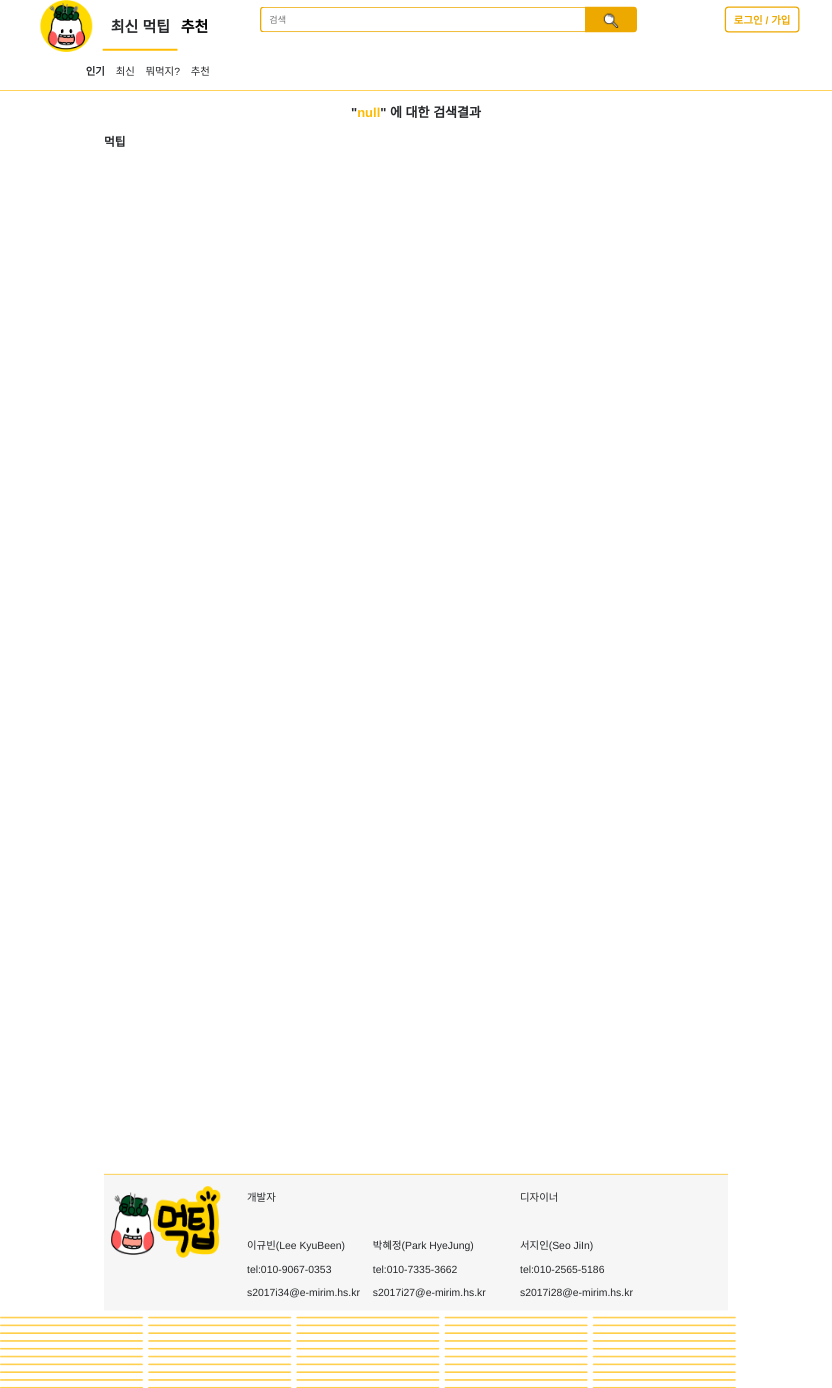
Repository: binkalos/JSP-STUDY
Page: http://localhost/IT-show/search.jsp
An editor plug-in stored every save of this project. The page is shown before and after the next save, followed by the edit.
The browser window is 1280 px wide. The pictures show the whole page, at 65% of full size.
Some web fonts or font styles are not loaded; a fallback is used. Some web libraries are served in a nearby version. The page is served by Tomcat 9. Other server files are loaded and not shown. Queries for data that is not in the repository find no rows.

Above is the page before, as saved 2019-06-19 10:10:21.

### IT-show/WebContent/search.jsp
<%@page import="java.sql.SQLException"%>
<%@page import="java.sql.DriverManager"%>
<%@page import="java.sql.ResultSet"%>
<%@page import="java.sql.PreparedStatement"%>
<%@page import="java.sql.Connection"%>
<%@ page language="java" contentType="text/html; charset=UTF-8"
    pageEncoding="UTF-8"%>
<!DOCTYPE html>
<html>
<head>
<meta charset="UTF-8">
<title>search</title><link rel="stylesheet" href="firstPageStyle.css" >
<script src="js/jquery-3.3.1.min.js"></script>
<script src="http://ajax.googleapis.com/ajax/libs/jquery/1/jquery.min.js"></script>
<script src="js/jquery.fittext.js"></script>
<script src="http://code.jquery.com/jquery-1.7.js"></script>
<script>
	$(document).ready(function(){
		//$(".content" ).fitText(1.2);
		$(".open-fullview").click(function() {
			var foodsrc = $(this).find('.showimg').attr('src');
			$("#dim-layer").find('.content').attr('src', foodsrc);
			$("#dim-layer").css("display", "block");
		});

		$(".close-fullview").click(function() {
			$("#dim-layer").css("display", "none");
		});
	});

	function show_fullview(post_id) {
		location.href = "readpost.jsp?postid="+post_id;
	}
//무한 스크롤
function getItem(){
	 for(var i=0;i<10;i++){
	  $('body').append('<div class="mucktip-card">');
	}
};
	$(document).ready(function(){
	  getItem();
	$(window).scroll(function(){
	  var docH = $(document).height(); //document의 높이
	  var scrollH = $(window).height()+$(window).scrollTop();

	  if(scrollH + 50 >= docH){         //(문서의 높이 - 50)에서 실행됨
	   getItem();
	  }
	 });
});
</script>
</head>
<body>
	<%@ include file="TopWrapper.jsp"%>

	<div class="main-search-page">

	<div class="muktip-feed">
<%
		request.setCharacterEncoding("utf-8");

		String keyword = request.getParameter("keyword");

		String imgPath = null;
		try {
			Class.forName(driver);
			con = DriverManager.getConnection(url, id, pw);

%>

		<div class="top-bar-search">
			<p class="search-result">"<span style="color:#FFBB00;"><%=keyword%></span>" 에 대한 검색결과 </p>
			<p class="top-label">먹팁</p>
		</div>

		<div class="muktip-contents" style="height: 1550px;">
			<div class="line-space">
<%
			pstmt = con.prepareStatement("select distinct postid, postimgid, title, content, writer, date, imgname, id, profile from post join img on postid = postimgid join user on writer = id where title like ? or content like ? group by postid");
			pstmt.setString(1, "%"+keyword+"%");
			pstmt.setString(2, "%"+keyword+"%");
			rs = pstmt.executeQuery();

			int count=0;
			while(rs.next()) {
				imgPath =request.getContextPath() + "/post/" + rs.getString("imgname");
				count++;
%>
			<div class="mucktip-card"> <!-- 각 게시글 박스 -->
				<button class="open-fullview">
					<a href="fullView.jsp?postid=<%=rs.getString("postid")%>">
						<img class="showimg" src="<%=imgPath%>">
					</a>
				</button>
				<div class="mucktip-information">
					<a class="writer-profile-link" href="Mypage.jsp?id=<%= rs.getString("id") %>"> <!-- 마이페이지 이동 -->
						<img class="writer-profile" src="img/<%=rs.getString("profile") %>" width="30px" height="30px">
					</a>
					<div class="user-information-card">
						<div class="top-information">
							<p class="writer"><%= rs.getString("writer") %></p>
							<p class="write-date"><%= rs.getString("date") %></p>
						</div>
						<div class="bottom-card">
							<p class="title"><%= rs.getString("title") %></p>
							<p class="content"><%= rs.getString("content") %></p>
						</div>
					</div>
				</div> <!-- mucktip-information -->
			</div>

<%
			if(count%4==0) {
%>
				<div class="line-space">
<%			}
		}

	} catch (Exception e) {
		e.printStackTrace();
	} finally {
		try {
			if (rs != null) rs.close();
			if (pstmt != null) pstmt.close();
			if (con != null) con.close();
		} catch (SQLException e) {
			e.printStackTrace();
		}
	}
%>
		</div> <!-- muktip-contents -->
		</div><!-- muktip-feed -->
	</div>


<%@ include file="footer.jsp" %>
</body>
</html>

### IT-show/WebContent/TopWrapper.jsp
<%@page import="java.sql.SQLException"%>
<%@page import="java.sql.DriverManager"%>
<%@page import="java.sql.ResultSet"%>
<%@page import="java.sql.PreparedStatement"%>
<%@page import="java.sql.Connection"%>
<%@ page language="java" contentType="text/html; charset=UTF-8"
    pageEncoding="UTF-8"%>
<link rel="stylesheet" href="TopWrapperStyle.css" >
<%
	//로그인 한 사람이라면 userID라는 변수에 해당 아이디가 담기고 그렇지 않으면 null값
	String userid = null;
	if (session.getAttribute("username") != null) {
		userid = (String) session.getAttribute("username");
	}

	Connection con = null;
	PreparedStatement pstmt = null;
	ResultSet rs = null;

	String driver = "com.mysql.jdbc.Driver";
	String url = "jdbc:mysql://localhost:3306/mucktip?serverTimezone=UTC&useSSL=false";
	String id = "root";
	String pw = "alflarhkgkrrh1!";
%>
<!-- 맨위에 top메뉴 공간 개발 나중에 따로 빼놓을 부분-->
		<nav id="top-menu-all">
		<div id="main-menu">
			<div class="contents-wrapper">
				<div class="left-contents-wrapper">
					<div class="muktip-logo"></div>
					<a href="firstPage.jsp" class="new-tip">최신 먹팁</a>
					<a href="recommendTip.jsp" class="good">추천</a>
				</div><!-- left-contents-wrapper -->

				<div class="right-contents-wrapper">
					<%
						//로그인이 안된 경우
						if (userid == null) {
					%>
					<div class="login-join"> <!-- 로그인 / 가입 -->
						<a href="login.jsp">로그인</a> /
						<a href="join.jsp">가입</a> <!-- 가입 페이지 미구현 -->
					</div> <!-- login-join -->
					<%
						} else { //로그인이 된 경우

							try {
								Class.forName(driver);
								con = DriverManager.getConnection(url, id, pw);

								pstmt = con.prepareStatement("select * from user where id =?");
								pstmt.setString(1, userid);
								rs = pstmt.executeQuery();

								if(rs.next()) {
					%>
					<div class="user-menu" id="user-menu">
						<div class="dropdown">
						<button class="profile-img-btn"> <!-- 이미지 버튼(회원 이미지) -->
							<img class="profile-image" src="img/<%=rs.getString("profile")%>">
						</button>
						<ul class="user-menu-list"> <!-- 메뉴리스트 -->
							<li class="menu-item">
								<a class="menu-link" href="Mypage.jsp?id=<%=rs.getString("id")%>"> <!-- /유저 이름으로 -->
									<img class="menu-icon-mini" src="img/<%=rs.getString("profile")%>">
									<span class="menu-user-name"><%=userid %></span>
								</a>
							</li>

							<li class="menu-item">
								<a class="menu-link" href="음식바구니.jsp" rel="nofollow">
								<img class="menu-icon-myfood" src="img/foodbox.png">
								<span class="menu-text-mtfood">내 음식바구니</span>
								</a>
							</li>

							<li class="menu-item">
								<a class="menu-link"  href="logoutProc.jsp" rel="nofollow">
								<img class="menu-icon-logout" src="img/logout.png">
								<span class="menu-text-logout">로그아웃</span>
								</a>
							</li>
						</ul> <!-- user-menu-list -->
						</div><!-- dropdown -->
					</div><!-- user-menu -->
					<%
								} //if
							} catch (Exception e) {
								e.printStackTrace();
							}
						} //else
					%>
				</div><!-- right-contents-wrapper -->


				<div class="search-wrapper">
					<form class="search-form" action="search.jsp" method="get">
						<table cellpadding=0 cellspacing=0>
						<tr>
						<td>
						<label class="input-wrapper">
							<input class="search-keyword" type="text" name="keyword" placeholder="검색" required>
						</label>
						</td>
						<td>
						<button class="search-button" type="submit">
							<a href="search.jsp"><span class="ic_search"></span></a>
						</button>
						</td>
						</tr>
						</table>
					</form>
				</div><!-- search-wrapper -->
		</div><!-- contents-wrapper -->
		</div><!-- main-menu -->

		<!-- 서브메뉴 -->
		<div id="sub-menu-wrapper" class="show">
			<ul class="sub-contents-wrapper">
				<li class="sub-menu selected" data-text="인기">
					<a href="firstPage.jsp">인기</a>
				</li>
				<li class="sub-menu" data-text="최신">
					<a href="newPost.jsp">최신</a>
				</li>
				<li class="sub-menu" data-text="TV">
					<a href="whatToEat.jsp">뭐먹지?</a>
				</li>
				<li class="sub-menu" data-text="추천">
					<a href="recommendTip.jsp">추천</a>
				</li>
			</ul><!-- sub-contents-wrapper -->
		</div><!-- sub-menu-wrapper -->

</nav><!-- top-menu-all -->

### IT-show/WebContent/footer.jsp
<%@ page language="java" contentType="text/html; charset=UTF-8"
    pageEncoding="UTF-8"%>
<link rel="stylesheet" href="footerStyle.css" >
<div class="footer">
	<div class="footer-wrqpper">

		<div class="first-wrapper">
			<img src="img/title.png" width="200" height="130">
		</div>
		<!-- first-wrapper -->

		<div class="second-wrapper">
			<div class="developer-information-wrapper">
				<p class="developer">개발자</p>
				<!-- 이 글자가 우리 둘 정보의 위의 가운데에 배치 -->
				<div class="left-developer">
					<ul>
						<li>
							<p class="developer-name">이규빈(Lee KyuBeen)</p>
							<p class="developer-tel">tel:010-9067-0353</p>
							<p class="developer-email">s2017i34@e-mirim.hs.kr</p>
						</li>

					</ul>
				</div>
				<!-- left-developer -->
				<div class="right-developer">
					<ul>
						<li>
							<p class="developer-name">박혜정(Park HyeJung)</p>
							<p class="developer-tel">tel:010-7335-3662</p>
							<p class="developer-email">s2017i27@e-mirim.hs.kr</p>
						</li>
					</ul>
				</div>
				<!-- right-developer -->
			</div>
			<!-- developer-information-wrapper -->
		</div>
		<!-- second-wrapper -->

		<div class="third-wrapper">
			<div class="designer-information-wrapper">
				<p class="designer">디자이너</p>
				<div class="first-designer">
					<ul>
						<li>
							<p class="developer-name">서지인(Seo JiIn)</p>
							<p class="developer-tel">tel:010-2565-5186</p>
							<p class="developer-email">s2017i28@e-mirim.hs.kr</p>
						</li>
					</ul>
				</div> <!-- first-designer -->
			</div> <!-- designer-information-wrapper  -->
		</div><!-- third-wrapper -->

	</div><!-- footer-wrapper -->

</div> <!-- footer -->

### IT-show/WebContent/firstPageStyle.css
@charset "UTF-8";

@import url(http://fonts.googleapis.com/earlyaccess/jejugothic.css);
@import url('https://fonts.googleapis.com/css?family=Gamja+Flower');
@import url('https://fonts.googleapis.com/css?family=Sunflower:300&subset=korean');
@import url('https://fonts.googleapis.com/css?family=Poppins');

/*전체영역*/
* {
	box-sizing: border-box;
	margin: 0;
	padding: 0;
}
html {
  	width: 100%;
    height: 100%;
    overflow: auto;
}

body {
	width: 100%;
    box-sizing: border-box;
}

body, button {
	color: #26282B;
	font-family: "Helvetica", "Arial", "Apple SD Gothic Neo", "Nanum Gothic",
		"Malgun Gothic", "DotumChe", "Dotum", sans-serif;
	line-height: 1.3;
}

li {
	list-style: none;
}

.main-page {
	height: 100%;
}
/*업로드 아이콘*/
.upload{
	position: fixed;
	right:50px;
	bottom: 0;
}
/*메인 메뉴 스타일*/
.top-tip-fid {
	margin-left: auto;
	margin-right: auto;
	max-width: 1040px;
	width: 100%;
}

.top-tip-in {
	display: table; /*display 속성으로 표처럼 보이게 만듬*/
}

.hot-tip {
	float: left;
	margin-top: 10px;
	width: 600px;
	height: 400px;
	border: solid 2px #FFBB00;
	/*hot-tip radius 둥글게*/
}

.hottip-inner-wrapper {
	/*img 가운데 보이게*/
	position: relative;
	width: 600px;
	height: 400px;
}

/*hot-tip-information part*/
.collection-information {
	position: absolute;
	left: 20px;
	right: 20px;
	bottom: 0;
	text-align: center;
}

.collection-title-border {
	display: inline-block;
	zoom: 1;
	text-align: center;
	/*이거 왜 가운데 정렬안됨....??*/
	border-top: solid white 5px;
	border-bottom: solid white 5px;
}

.collection-title-wrapper .collection-title {
	color: #FFF;
	max-height: 75px;
	overflow: hidden;
	font-size: 31px;
	line-height: 1.2;
}

p {
	display: block;
	margin-block-start: 1em;
	margin-block-end: 1em;
	margin-inline-start: 0px;
	margin-inline-end: 0px;
}

/*collection-description*/
.collection-description-wrapper {
	font-size: 18px;
	color: #FFF;
	margin-top: 14px;
	margin-bottom: 26px;
	height: 32px;
	overflow: hidden;
	text-align: center;
}

/*두번째 hot-tip스타일*/
/*hot-tip옆으로 hot-tip2옮기기*/
.hot-tip-second {
	/*위치 오른쪽으로 이동*/
	float: left;
	margin-top: 10px;
	margin-left: 20px;
	width: 400px;
	height: 400px;
	border: solid 2px #FFBB00;
	/*hot-tip radius 둥글게*/
}

.hot2 {
	text-decoration: none;
	display: block;
	width: 100%;
	height: 100%;
}

.hottip-inner-wrapper2 {
	position: relative;
	width: 100%;
	height: 100%;
}

.collection-information2 {
	position: absolute;
	left: 20px;
	right: 20px;
	bottom: 20px;
	text-align: center;
}

.collection-title2 {
	color: white;
	font-size: 25px;
}

.collection-title-border2 {
	display: inline-block;
	zoom: 1;
	text-align: center;
	border-top: solid white 5px;
	border-bottom: solid white 5px;
}

.collection-description-wrapper2 {
	color: white;
	font-size: 18px;
	overflow: hidden;
	text-align: center;
}

.top-bar {
	margin-top: 20px;
	border-top: 1px solid #FFBB00;
}
.top-label {
	float: left;
    padding-top: 3px;
    padding-bottom: 3px;
    color: #26282B;
    font-size: 18px;
    font-weight: bold;
}

/*게시글*/
.muktip-feed {
	margin-left: auto;
    margin-right: auto;
    max-width: 1180px;
}
.muktip-contents {
	position: relative;
	margin-top: 50px;
  	max-width: 940px;
    margin-left: auto;
    margin-right: auto;
}

/*돋보기 부분 이미지*/
.ic_search {
    width: 22px;
    height: 22px;
    display: inline-block;
    background-image: url(img/searchIcon.png);
    background-size: 22px 22px;
    background-repeat: no-repeat;
    vertical-align: middle;
    zoom: 1;
}
/*레이어 팝업 오픈 버튼*/
.open-fullview {
	border: 0;
}
/*게시글 이미지 크기*/
.showimg{
	width: 218px;
	height: 218px;
	overflow: hidden;
}
.mucktip-card {
	width: 220px;
    max-height: 325px;
    margin-bottom: 10px;
    border: 1px solid #FFBB00;
    border-radius: 6px;
    float: left;
    margin-right: 8px;
    box-sizing: border-box;
    overflow: hidden;
}
.mucktip-information {
	padding-top: 10px;
    padding-left: 10px;
    padding-right: 10px;
    padding-bottom: 12px;
    font-size: 12px;
}
.mucktip-information * {
	margin: 0;
}
.writer-profile {
	float: left;
	border-radius: 50%;
	overflow: hidden;
	margin-right: 10px;
}
.user-information-card {
	overflow: hidden;
}
.top-information {
	display: table;
    width: 100%;
}
.writer {
	float: left;
	text-decoration: none;
	color: black;
	font-weight: bold;
}
.write-date {
	color: #9EA4AA;
	float: right;
}
.bottom-card {
	overflow: hidden;
	color: #9EA4AA;
	margin-top: 5px;
}
.content {
	margin-top: 3px;
}
/*행간*/
.line-space {
	width: 100%;
	height: 5px;
	float: left;
}
/*검색 페이지*/
.top-bar-search {
	margin-top: 20px;
}
.main-search-page {
	max-width: 960px;
	margin-left: auto;
	margin-right: auto;
}
.search-result{
	margin: 0;
    margin-left: auto;
    margin-right: auto;
    max-width: 400px;
    font-weight: bold;
    font-size: 20px;
    text-align: center;
}

### IT-show/WebContent/TopWrapperStyle.css
li {
	list-style: none;
}

/*nav영역*/
#top-menu-all {
	top:0;
	left: 0;
	right: 0;
	background-color: white;
}
#top-menu-all * {
	box-sizing: border-box;
}
#main-menu {
	height: 90px;
}

/*top영역*/
.contents-wrapper {
	margin-left: auto;
	margin-right: auto;
	max-width: 1180px;
	width: 100%;
	height: 100%;
}

/*top-left 영역*/
.left-contents-wrapper {
	display: inline-block;
	float: left;
}
/*로고*/
.muktip-logo {
	display: inline-block;
	vertical-align: middle;
	margin-left: 12px;
	margin-right: 12px;
	margin-bottom: 10px;
	width: 80px;
	height: 80px;
	background-repeat: no-reapeat;
	background-size: cover;
	background-position: 50%;
	background-image: url(img/imoticon.png);
}
/*최신 먹팁*/
.new-tip {
	display: inline-block;
	margin-bottom: -1px;
	padding-left: 12px;
	padding-right: 12px;
	border-bottom: solid 3px #FFBB00;
	color: #26282B;
	font-size: 23px;
	font-weight: bold;
	line-height: 67px;
	text-decoration: none;
}
/*추천*/
.good {
	display: inline-block;
	margin-bottom: -1px;
	padidng-left: 12px;
	color: #000000;
	font-size: 23px;
	font-weight: bold;
	line-height: 67px;
	text-decoration: none;
}
.new-tip:hover {
	color: #FFBB00;
}
.good:hover {
	color: #FFBB00;
}

/*top-right 영역*/
.right-contents-wrapper {
	float: right;
	display: inline-block;
	vertical-align: middle;
	padding-top: 10px;
}
/*[로그인/가입]*/
.login-join {
	display: block;
	color: #EDA900;
	padding-left: 12px;
	padding-right: 12px;
	height: 40px;
	border: 2px solid #EDA900;
	border-radius: 6px;
	text-align: center;
	line-height: 40px;
	font-weight: bold;
}
.login-join a {
	text-decoration: none;
	color: #EDA900;
}
/*유저메뉴 영역*/
.user-menu {
	margin-left: 14px;
	margin-right: 10px;
	margin-top: 5px;
	width: 100%;
	height: 100%;
}
/*드롭다운 메뉴*/
.dropdown {
	position: relative;
}
.dropdown ul {
	display: none; /*평상시에는 드롭다운 메뉴가 안보이게 하기*/
}
.dropdown:hover ul { /*아이콘에 hover할 시 드롭다운 메뉴의 스타일*/
	display: block;
}
.dropdown ul li a:link {
	color: black;
	text-decoration: none;
	font-size: 15px;
}
.dropdown .menu-link {
	display: block;
	padding-left: 22px;
	padding-right: 16px;
	font-size: 0;
}
/*프로필*/
.profile-img-btn {
	position: relative;
	display: block;
	width: 60px;
	height: 65px;
	background-color: transparent;
	border: 0;
	border-radius: 50%;
	cursor: pointer;
	outline: none;
	overflow: hidden;
}
.profile-img-btn:hover li {
	display: block;
	background-color: red;
}
.profile-image {
	width: 100%;
	height: 100%;
}
/*메뉴 리스트*/
.user-menu-list {
	position: absolute;
	top: 100%;
	left: -100%;
	text-align: left;
	margin-top: 2px;
	padding-top: 5px;
	padding-bottom: 5px;
	padding-left: 0px;
	width: 220px;
	background-color: white;
	border-color: #E8EBED;
	border-radius: 6px;
	border-style: solid;
	border-width: 1px;
	box-shadow: 0 2px 2px 0 rgba(0, 0, 0, 0.1);
	z-index: 999;
}
/*메뉴 링크*/
.menu-link {
	display: block;
	padding-left: 30px;
	padding-right: 22px;
}
/*닉네임*/
.menu-user-name {
	font-weight: bold;
}
/*아이콘*/
.menu-link img {
	width: 40px;
	height: 40px;
	border-radius: 50%;
	display: inline-block;
	vertical-align: middle;
}

/*검색 영역*/
.search-wrapper {
	display: block;
	overflow: hidden;
}
.search-form {
	display: block;
	margin-top: 10px;
	margin-left: 80px;
	margin-right: 80px;
	font-size: 0;
	outline: none;
	transform: translateZ(0);
}
.input-wrapper {
	overflow: hidden;
	display: block;
	width: 500px;
	height: 40px;
}
.search-keyword {
	display: block;
	padding-left: 12px;
	padding-right: 12px;
	width: 100%;
	height: 100%;
	border-color: #EDA900;
	border-style: solid;
	border-radius: 6px 0 0 6px;
	border-width: 2px 0 2px 2px;
	font-size: 14px;
	outline: none;
}
.search-button {
	display: block;
	width: 80px;
	height: 40px;
	background-color: #EDA900;
	border: 0;
	border-radius: 0 6px 6px 0;
	outline: none;
	transition: background-color .3s ease;
	float: right;
	padding-top: 3px;
}

.ic_search{
	display: inline-block;
	background-image: url(img/imgsearchIcon.png);
	background-repeat: no-repeat;
	vertical-align: middle;
	zoom:1; width: 22px; height: 22px;
	z-index: 999;
}

/*sub-menu 영역*/
.show {
	padding: 10px;
	width: 100%;
	display: block;
	height: 50px;
	border-bottom: solid 1px #FFBB00;
}

#sub-menu.selected {
	position: absolute;
	top: 0;
	left: 12px;
	width: 100%;
	line-height: 49px;
	content: attr(data-text);
	color: #26282B;
	cursor: pointer;
	font-size: 14px;
	font-weight: bold;
}

.sub-contents-wrapper {
	margin-left: auto;
	margin-right: auto;
	max-width: 1040px;
	list-style: none;
}

.sub-menu {
	display: inline-block;
	margin-left: 12px;
}

/*목록 스타일*/
.sub-contents-wrapper a {
	text-decoration: none;
	color: #26282B;
}

.selected {
	font-weight: bold;
}

.sub-menu:hover {
	font-weight: bold;
}

### IT-show/WebContent/footerStyle.css
.footer {
	margin-top: 20px;
	height: 100%;
	border-top: 1px solid #FFBB00;
	background-color: #F6F6F6;
}
.footer-wrqpper {
	max-width: 1180px;
	margin-top: 10px;
	margin-left: auto;
	margin-right: auto;
	margin-bottom: 10px;
	width: 100%;
	display: table;
}
.first-wrapper, .second-wrapper, .third-wrapper {
	float: left;
	margin-right: 20px;
}
.second-wrapper {
	width: 400px;
}
.left-developer, .right-developer, .first-designer {
	margin-top: 20px;
	float: left;
	margin-right: 20px;
}

Loaded but not shown: IT-show/WebContent/js/jquery-3.3.1.min.js (library); IT-show/WebContent/js/jquery.fittext.js (common file)

After the next save:
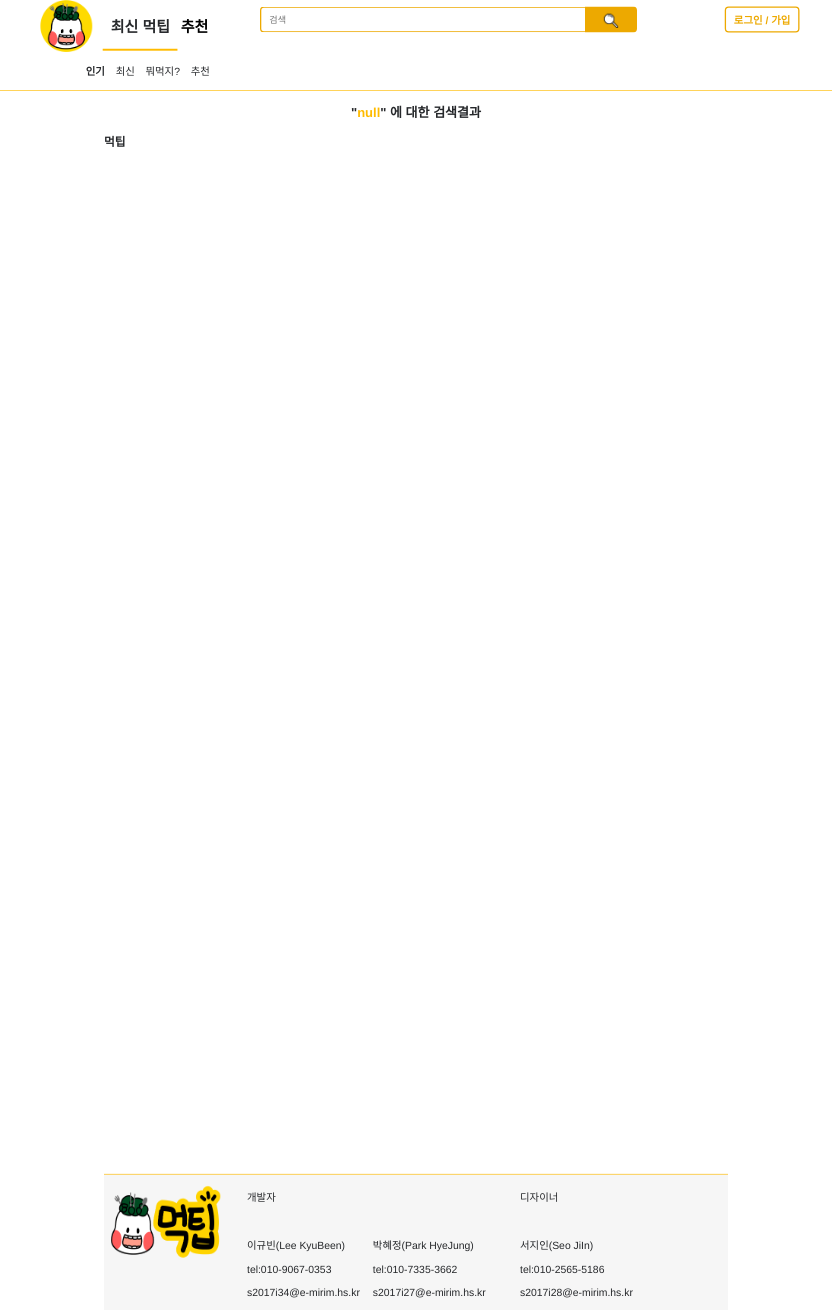
Saved 18 s later.
--- a/IT-show/WebContent/search.jsp
+++ b/IT-show/WebContent/search.jsp
@@ -31,23 +31,7 @@
 	function show_fullview(post_id) {
 		location.href = "readpost.jsp?postid="+post_id;
 	}
-//무한 스크롤
-function getItem(){
-	 for(var i=0;i<10;i++){
-	  $('body').append('<div class="mucktip-card">');
-	}
-};
-	$(document).ready(function(){
-	  getItem();
-	$(window).scroll(function(){
-	  var docH = $(document).height(); //document의 높이
-	  var scrollH = $(window).height()+$(window).scrollTop();
 
-	  if(scrollH + 50 >= docH){         //(문서의 높이 - 50)에서 실행됨
-	   getItem();
-	  }
-	 });
-});
 </script>
 </head>
 <body>
